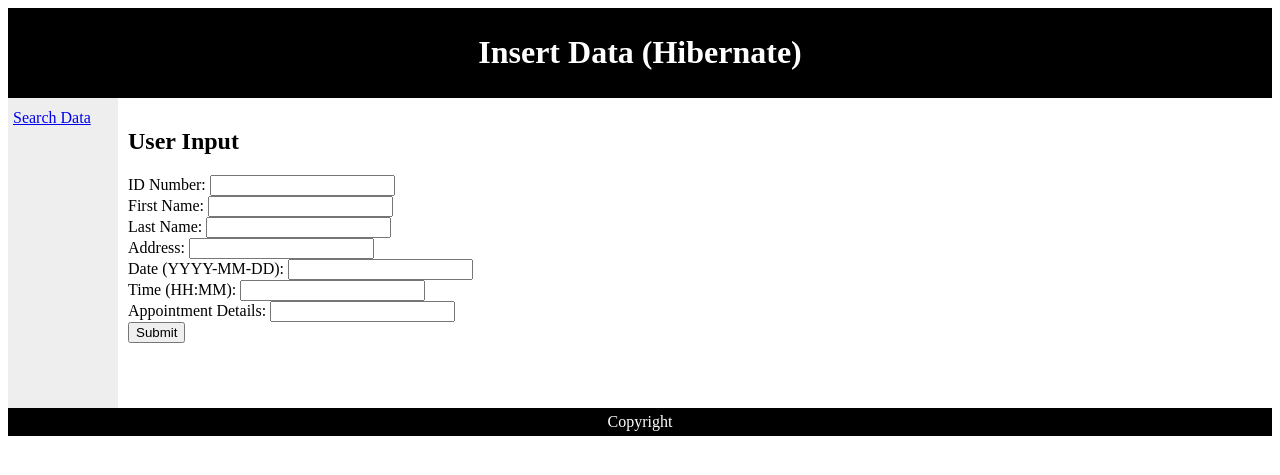
Repository: Doniico/G1_ODM
Page: workspaceCSCI4830-teamproject/teamproject/WebContent/simpleInsertHB.html
An editor plug-in stored every save of this project. The page is shown before and after the next save, followed by the edit.
The browser window is 1280 px wide. The pictures show the whole page.

Above is the page before, as saved 2020-04-02 04:28:42.

After the next save:
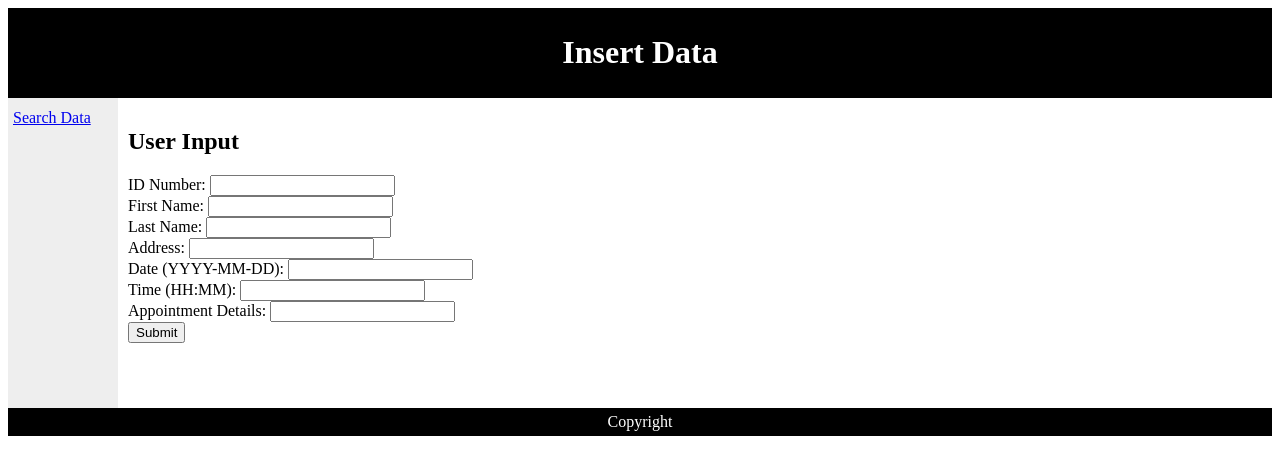
Saved 13 s later.
--- a/workspaceCSCI4830-teamproject/teamproject/WebContent/simpleInsertHB.html
+++ b/workspaceCSCI4830-teamproject/teamproject/WebContent/simpleInsertHB.html
@@ -33,7 +33,7 @@ footer {
 
 <body>
 <header>
-<h1> Insert Data (Hibernate)</h1>
+<h1> Insert Data</h1>
 </header>
 
 <nav>
